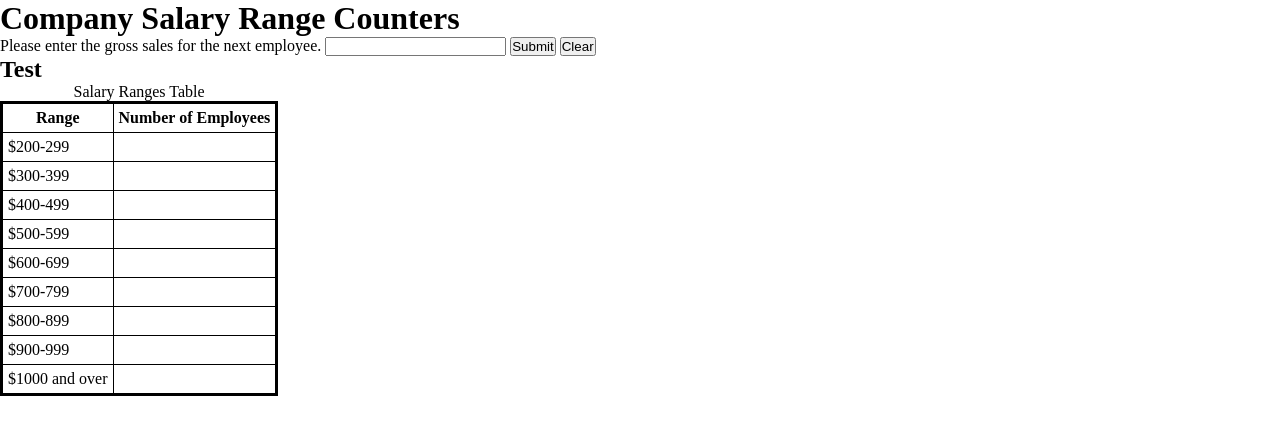
Repository: mlmEFSC21/P17-Sales-Commision
Page: sales.html
The author's editor kept a copy of each file at every save. The page is drawn from the files as they stood at one save, then again after the next save.
The browser window is 1280 px wide. The pictures show the whole page.

Above is the page before, as saved 2022-04-02 07:52:08.

After the next save:
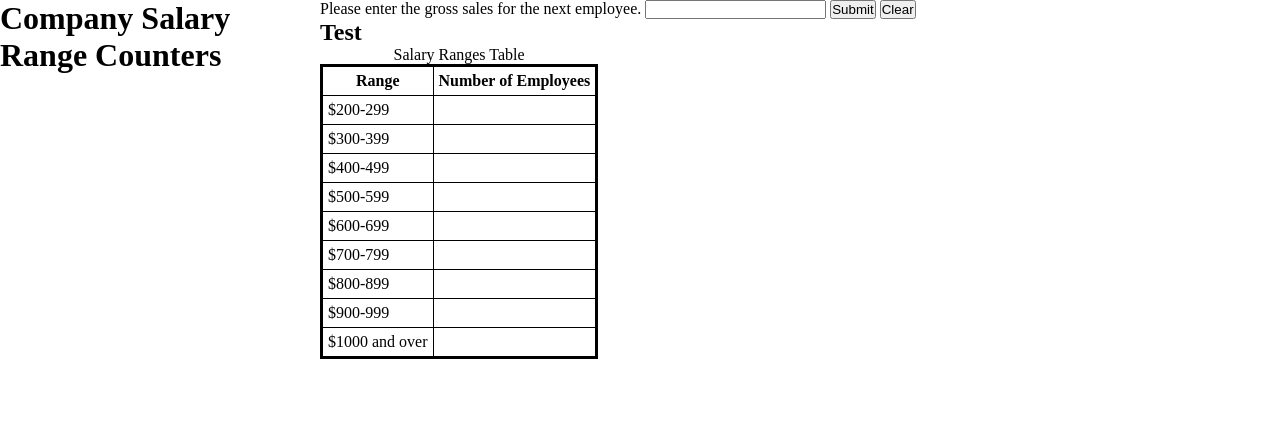
Saved 7 s later.
--- a/sales.css
+++ b/sales.css
@@ -12,8 +12,8 @@
 }
 body {
     display: grid;
-    grid-template-rows: 3fr, 2fr;
-    grid-template-columns: 1fr, 3fr;
+    grid-template-rows: 3fr 2fr;
+    grid-template-columns: 1fr 3fr;
 }
 table {
     border-collapse: collapse;
